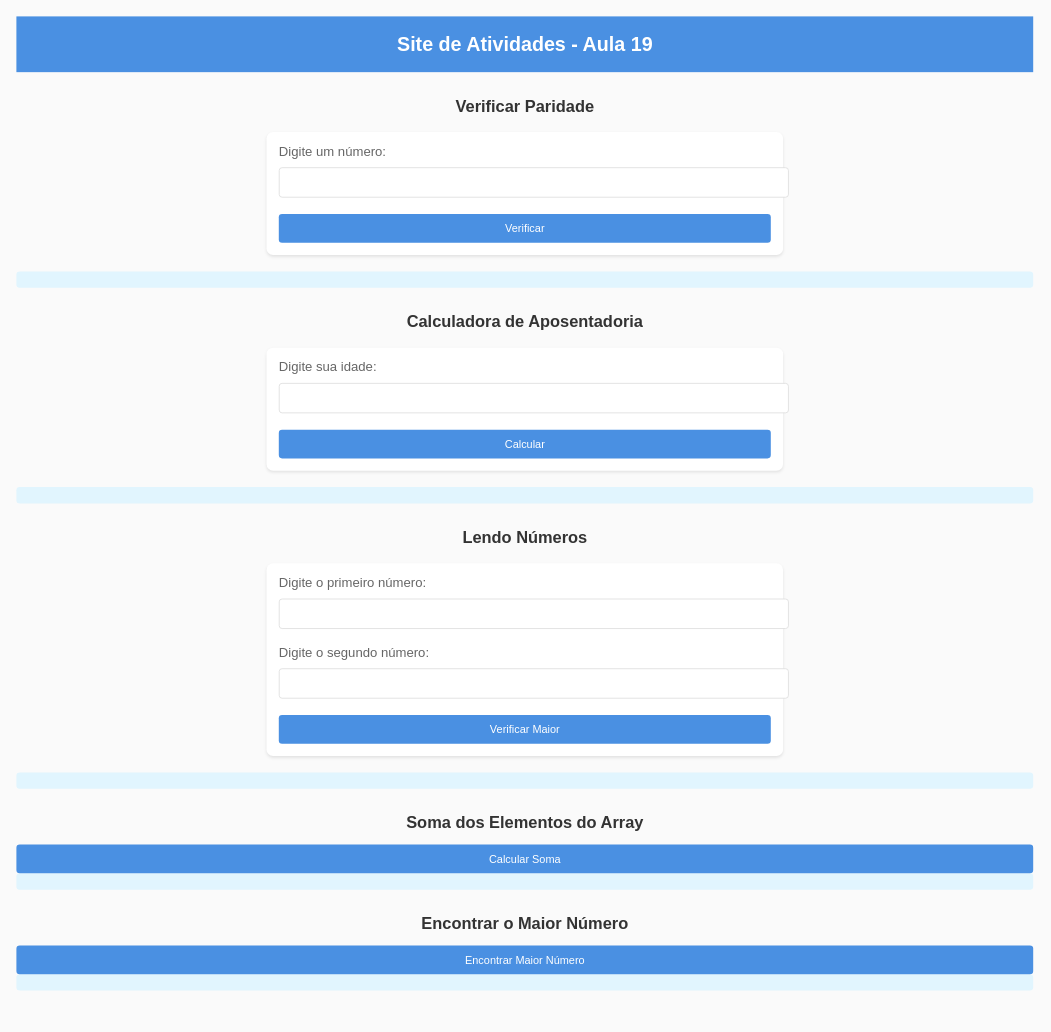
Repository: Gabrielb0rn/Java-script.io
Page: 19aula 1208/index.html
The author's editor kept a copy of each file at every save. The page is drawn from the files as they stood at one save, then again after a run of saves.
The browser window is 1280 px wide. The page is 1280 px wide, then 1282 px, then 1280 px, so the pictures cover 1282 px, including what lies to the right of the window. The pictures show the whole page, at 82% of full size.

Above is the page before, as saved 2024-08-12 08:55:02.

After the next 2 saves:
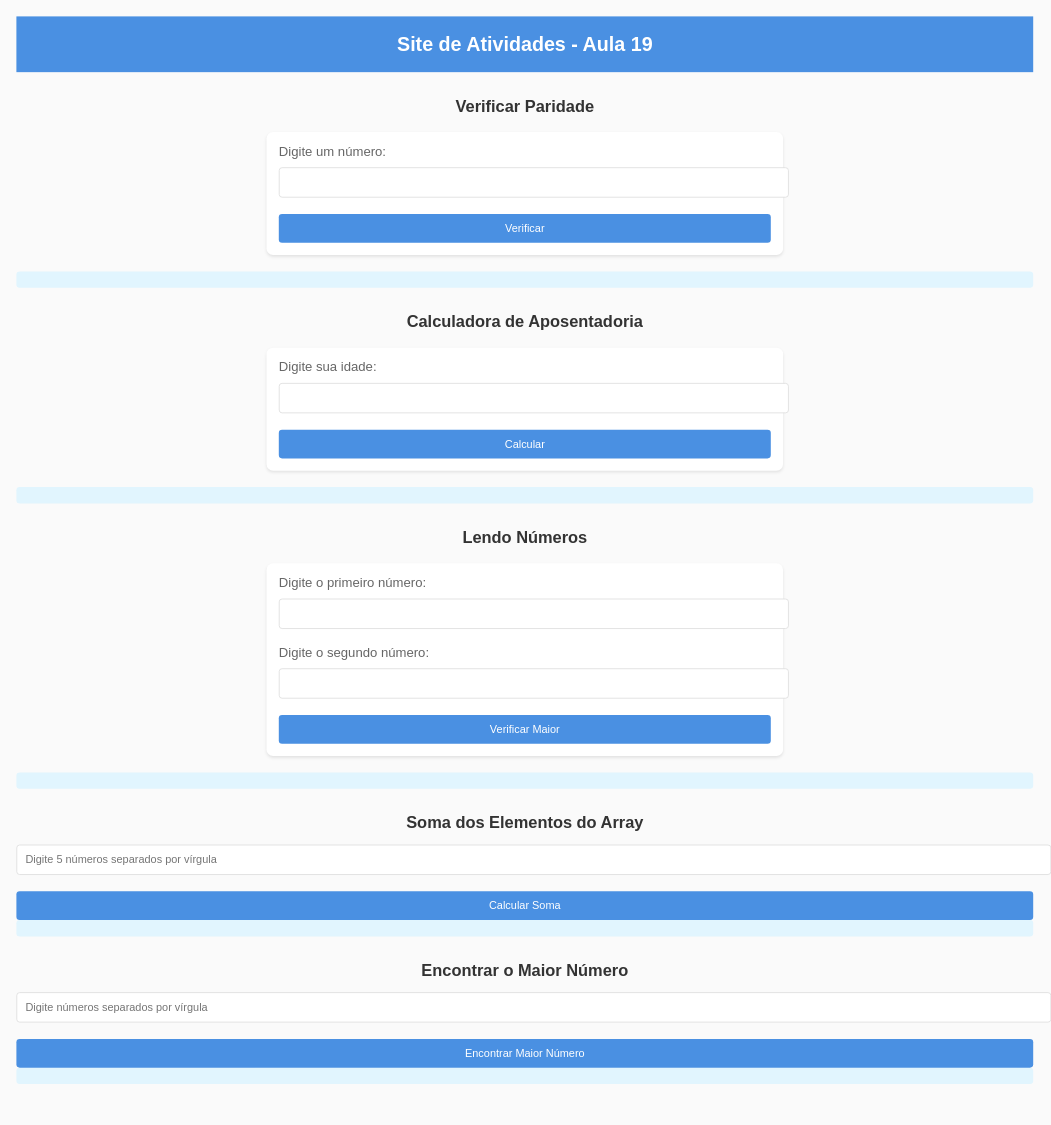
The 2 saves are shown as one change because they came seconds apart.
The last was saved 25 s later.
--- a/19aula 1208/index.html
+++ b/19aula 1208/index.html
@@ -47,18 +47,21 @@
     </section>
 
     <!-- Seção da Atividade 4: Soma dos Elementos do Array -->
-    <section>
-        <h2>Soma dos Elementos do Array</h2>
-        <button id="calcularSoma">Calcular Soma</button>
-        <p id="resultadoSoma"></p>
-    </section>
+     <section>
+    <h2>Soma dos Elementos do Array</h2>
+    <input type="text" id="arrayInput" placeholder="Digite 5 números separados por vírgula">
+    <button onclick="calcularSoma()">Calcular Soma</button>
+    <p id="resultadoSoma"></p>
+</section>
 
-    <!-- Seção da Atividade 5: Encontrar o Maior Número -->
-    <section>
-        <h2>Encontrar o Maior Número</h2>
-        <button id="encontrarMaior">Encontrar Maior Número</button>
-        <p id="resultadoMaior"></p>
-    </section>
+<!-- Seção da Atividade 5: Encontrar o Maior Número -->
+<section>
+    <h2>Encontrar o Maior Número</h2>
+    <input type="text" id="maiorArrayInput" placeholder="Digite números separados por vírgula">
+    <button onclick="encontrarMaior()">Encontrar Maior Número</button>
+    <p id="resultadoMaior"></p>
+</section>
+
 
     <script src="assets/scripts.js"></script>
 </body>

After the save that followed:
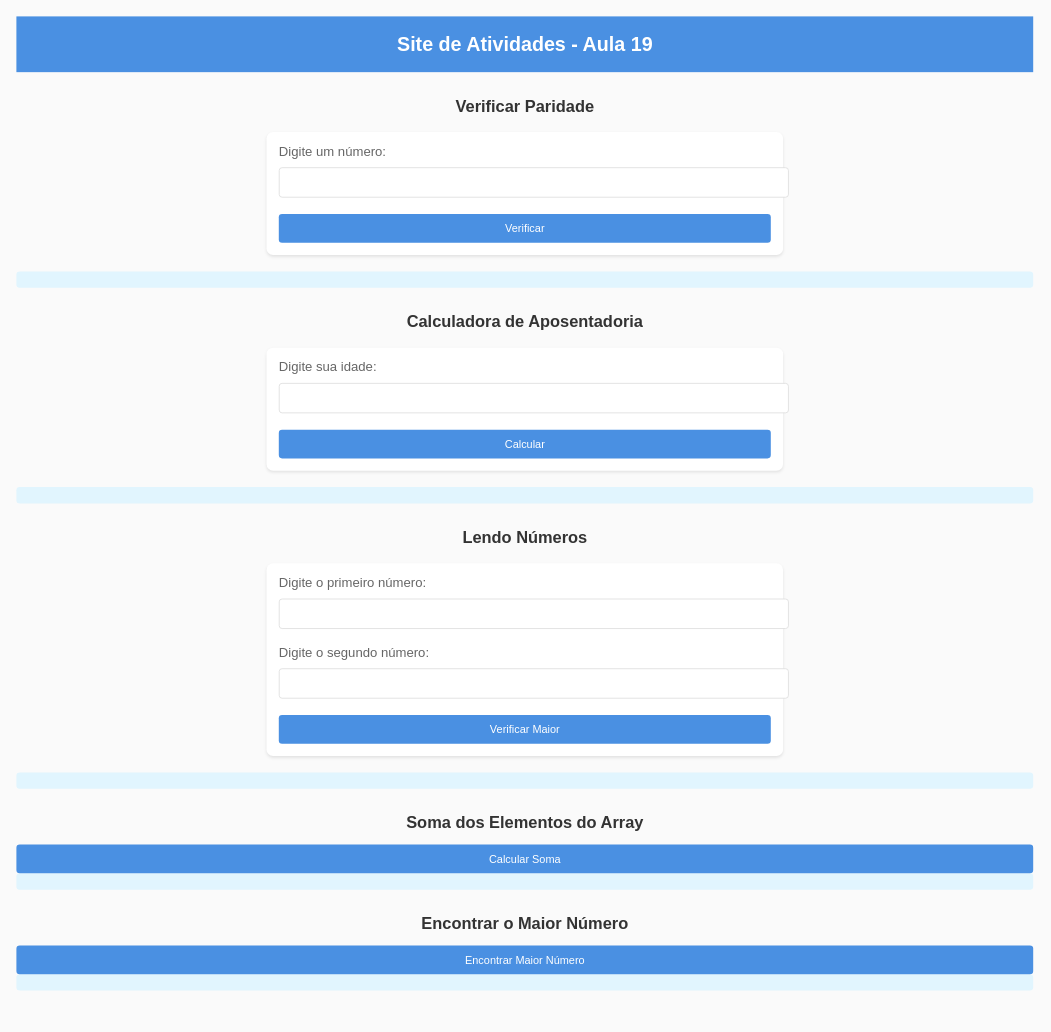
Saved 6 s later.
--- a/19aula 1208/index.html
+++ b/19aula 1208/index.html
@@ -47,21 +47,18 @@
     </section>
 
     <!-- Seção da Atividade 4: Soma dos Elementos do Array -->
-     <section>
-    <h2>Soma dos Elementos do Array</h2>
-    <input type="text" id="arrayInput" placeholder="Digite 5 números separados por vírgula">
-    <button onclick="calcularSoma()">Calcular Soma</button>
-    <p id="resultadoSoma"></p>
-</section>
+    <section>
+        <h2>Soma dos Elementos do Array</h2>
+        <button id="calcularSoma">Calcular Soma</button>
+        <p id="resultadoSoma"></p>
+    </section>
 
-<!-- Seção da Atividade 5: Encontrar o Maior Número -->
-<section>
-    <h2>Encontrar o Maior Número</h2>
-    <input type="text" id="maiorArrayInput" placeholder="Digite números separados por vírgula">
-    <button onclick="encontrarMaior()">Encontrar Maior Número</button>
-    <p id="resultadoMaior"></p>
-</section>
-
+    <!-- Seção da Atividade 5: Encontrar o Maior Número -->
+    <section>
+        <h2>Encontrar o Maior Número</h2>
+        <button id="encontrarMaior">Encontrar Maior Número</button>
+        <p id="resultadoMaior"></p>
+    </section>
 
     <script src="assets/scripts.js"></script>
 </body>
